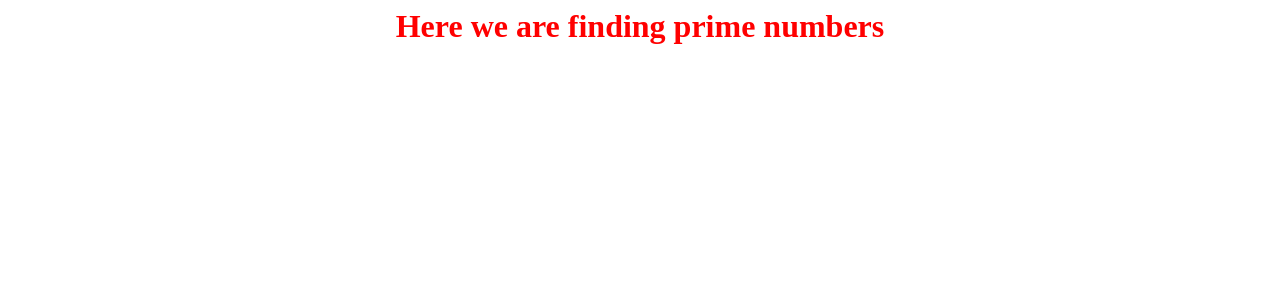
Repository: AbhishekSinghChouhan45/JSP-Projects
Page: http://localhost/JSP-22PrimeNumberFromCustomeTag/
The author's editor kept a copy of each file at every save. The page is drawn from the files as they stood at one save, then again after the next save.
The browser window is 1280 px wide. The pictures show the whole page.
The page is served by Tomcat 10. Other server files are loaded and not shown.

Above is the page before, as saved 2023-12-06 06:37:03.

### JSP-22PrimeNumberFromCustomeTag/src/main/webapp/index.jsp
<%@ taglib uri="https://nareshit.com/org" prefix="fprime"%>
<h1 style="color: red;text-align: center">Here we are finding prime numbers</h1>

### JSP-22PrimeNumberFromCustomeTag/src/main/java/com/nt/prime/FindPrime.java
package com.nt.prime;



import jakarta.servlet.jsp.JspException;
import jakarta.servlet.jsp.JspWriter;
import jakarta.servlet.jsp.tagext.TagSupport;

public class FindPrime extends TagSupport {
	/**
	 *
	 */
	private static final long serialVersionUID = 1L;
	Integer x = 10;
	public void setB(Integer x) {
		System.out.println("FindPrime.setB()");
		this.x = x;
	}

	@Override
	public int doStartTag() throws JspException {
		System.out.println("FindPrime.doStartTag()");
		try {
			JspWriter out = pageContext.getOut();
			out.println("Find Prime Numebers");
			for(int i=1;i<=x;++i) {
					if(findPrimes(i)) {
						out.println( i+" <br>");
					}
			}
		}catch (Exception e) {
			System.out.println(e.getMessage());
		}
		return SKIP_PAGE;
	}
	@Override
	public int doEndTag() throws JspException {
		System.out.println("FindPrime.doEndTag()");
		return EVAL_PAGE;
	}
	public Boolean findPrimes(int a) throws Exception{
		Boolean falg = true;
		for(int i=2;i<=a;++i) {
				if(a%i==0) {
					falg =  false;
					break;
				}
			}
		return falg;
	}
}

After the next save:
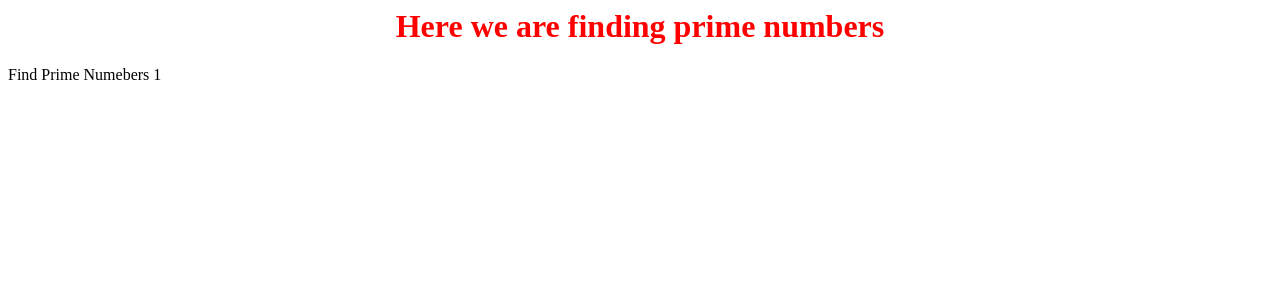
Saved 13 s later.
--- a/JSP-22PrimeNumberFromCustomeTag/src/main/webapp/index.jsp
+++ b/JSP-22PrimeNumberFromCustomeTag/src/main/webapp/index.jsp
@@ -1,2 +1,3 @@
 <%@ taglib uri="https://nareshit.com/org" prefix="fprime"%>
 <h1 style="color: red;text-align: center">Here we are finding prime numbers</h1>
+<fprime:find/>
